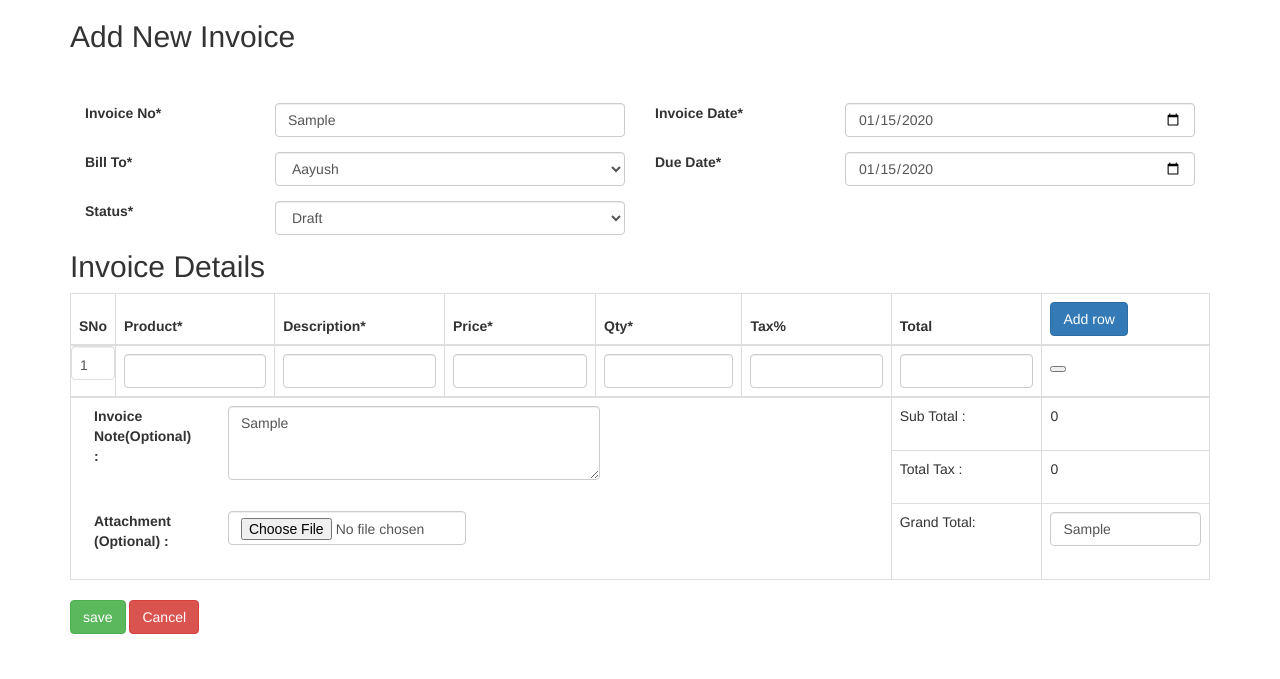
Repository: Aayush13013/Invoice_Management_app
Page: http://localhost/invoiceInfo/WEB-INF/jsp/new_invoiceInfo.jsp
These files come from the project's save history. The page is drawn as it stood at one moment and after the next save; the edit follows.
The browser window is 1280 px wide. The pictures show the whole page.
Empty fields were first filled with sample values (such as "Sample", 5 or name@example.com).
After loading, the first visible `input.btn` was clicked once.
The page is served by Tomcat 9. Nobody is signed in. The template is opened directly, without the code that normally fills it, so the values that code supplies are empty.

Above is the page before, as saved 2021-12-28 07:30:31.

After the next save:
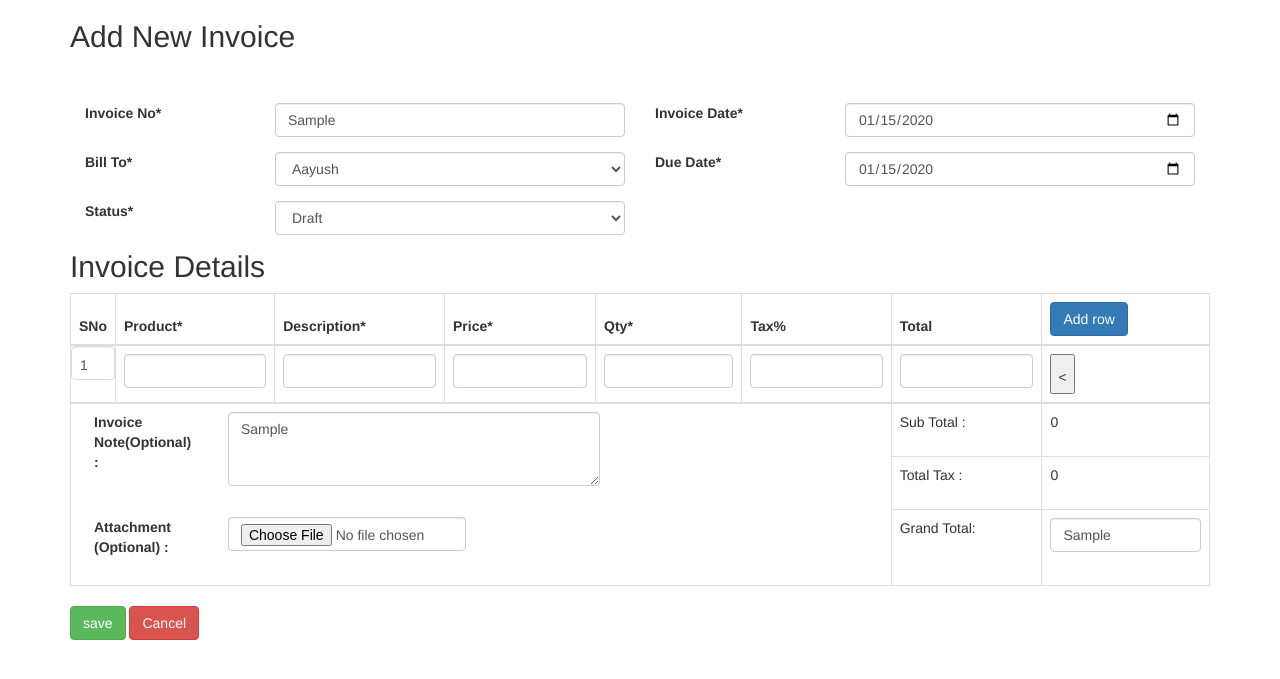
Saved 15 s later.
--- a/invoiceInfo/invoiceInfo/src/main/webapp/WEB-INF/jsp/new_invoiceInfo.jsp
+++ b/invoiceInfo/invoiceInfo/src/main/webapp/WEB-INF/jsp/new_invoiceInfo.jsp
@@ -36,7 +36,7 @@
              "<td id='tax" + counts + "' ><input type='text'  name='listOfProducts[" + counts + "].taxPercent' id='taxval" + counts + "' class='form-control tax' ></td> " +
              "<td id='total" + counts + "' ><input type='text'  name='listOfProducts[" + counts + "].total' id='totval" + counts + "' class='form-control total' ></td> " +
 
-             "<td><button onclick=deleteRow(this)><i class='fa fa-trash' style='font-size:24px' ></i> </td> " +
+             "<td><button onclick=deleteRow(this)><i class='fa fa-trash' style='font-size:24px' ></i><</td> " +
              "</tr>";
              serialize();
      }

After the 2 saves that followed:
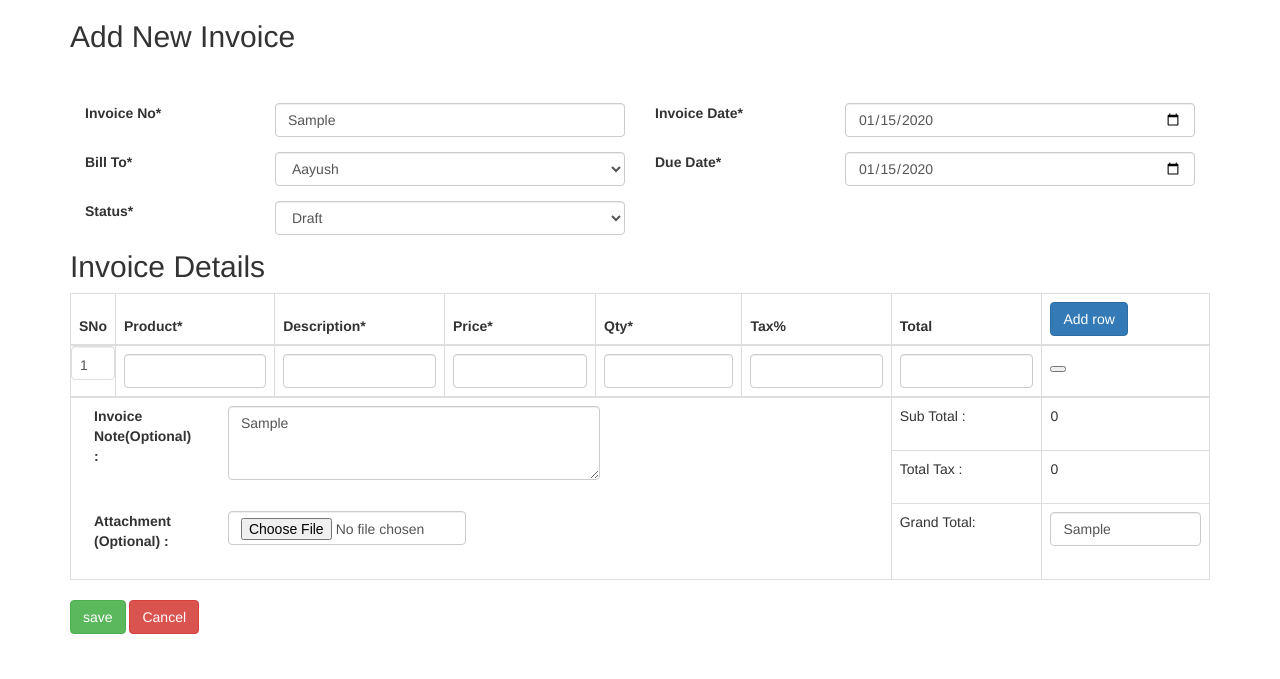
The 2 saves are shown as one change because they came seconds apart.
The last was saved 6 s later.
--- a/invoiceInfo/invoiceInfo/src/main/webapp/WEB-INF/jsp/new_invoiceInfo.jsp
+++ b/invoiceInfo/invoiceInfo/src/main/webapp/WEB-INF/jsp/new_invoiceInfo.jsp
@@ -36,7 +36,7 @@
              "<td id='tax" + counts + "' ><input type='text'  name='listOfProducts[" + counts + "].taxPercent' id='taxval" + counts + "' class='form-control tax' ></td> " +
              "<td id='total" + counts + "' ><input type='text'  name='listOfProducts[" + counts + "].total' id='totval" + counts + "' class='form-control total' ></td> " +
 
-             "<td><button onclick=deleteRow(this)><i class='fa fa-trash' style='font-size:24px' ></i><</td> " +
+             "<td><button onclick=deleteRow(this)><i class='fa fa-trash' style='font-size:24px' ></i></button></td> " +
              "</tr>";
              serialize();
      }
